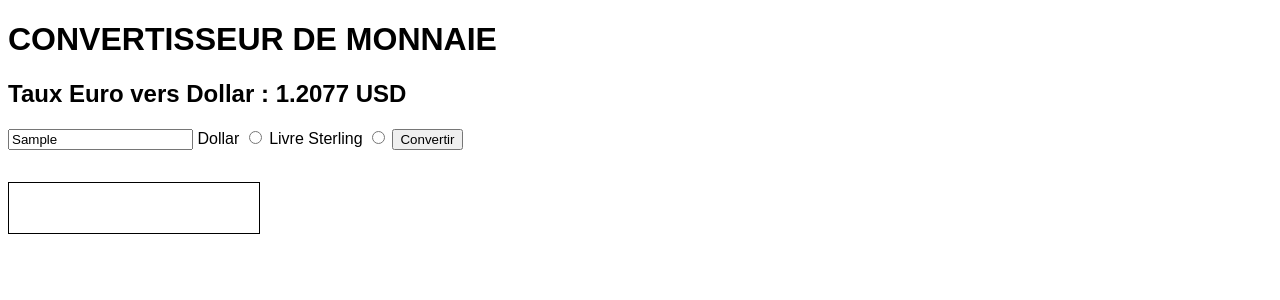
Repository: techmindconsulting/wordshiop-js
Page: index.html
These files come from the project's save history. The page is drawn as it stood at one moment and after the next save; the edit follows.
The browser window is 1280 px wide. The pictures show the whole page.
Empty fields were first filled with sample values (such as "Sample", 5 or name@example.com).
After loading, the first visible `input[onclick="convertir()"]` was clicked once.

Above is the page before, as saved 2021-01-17 13:16:30.
Console error: ReferenceError: CURRENCY is not defined

After the next save:
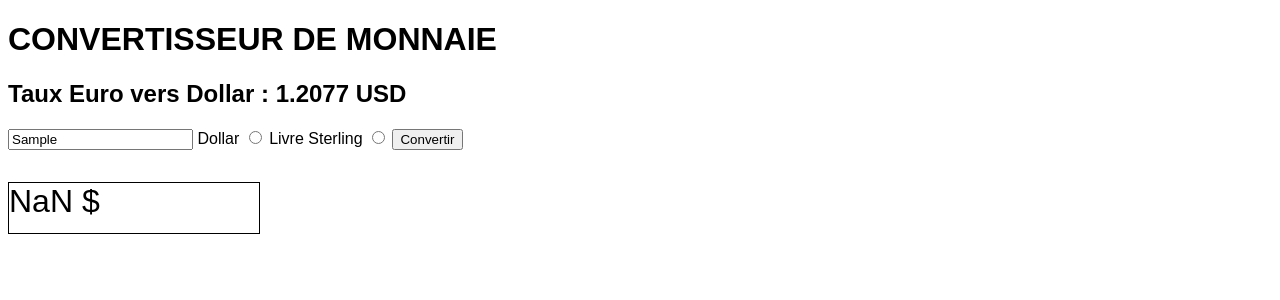
The error is gone.
Saved 43 s later.
--- a/conversion.js
+++ b/conversion.js
@@ -6,7 +6,7 @@ function convertir() {
     let amount = document.getElementById('amount').value;
 
     /* Opération de converssion */
-    resultat = amount * CURRENCY;
+    resultat = amount * CURRENCY_DOLLAR;
 
     /* Affichage dans le document HTML */
     document.getElementById('resultat').innerText = resultat + ' $';
